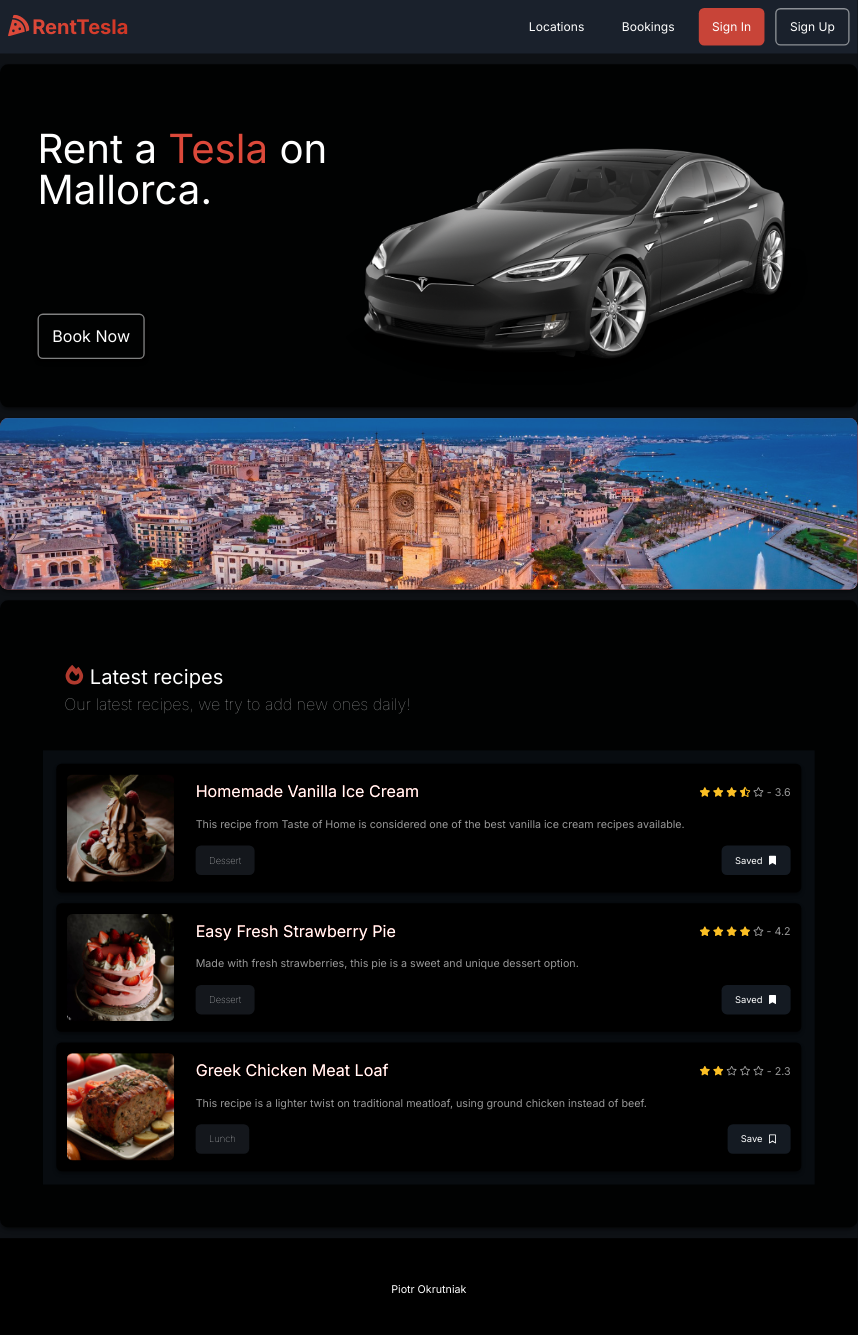
Repository: piotrokrutniak/RentallApp.UI
Page: /
The author's editor kept a copy of each file at every save. The page is drawn from the files as they stood at one save, then again after the next save.
The browser window is 1280 px wide. The pictures show the whole page, at 67% of full size.
The project was rebuilt for these pictures with package versions that can differ from the ones it lists, and the page was loaded fresh each time. The framework's server and built-in components were replaced by stand-ins that run in the browser. Also part of the build but not shown: next.config.js.

Above is the page before, as saved 2023-10-05 21:11:07.

### src/app/layout.tsx
import './globals.css'
import type { Metadata } from 'next'
import { Inter } from 'next/font/google'
import NavBar from './components/navbar/navbar'
import Footbar from './components/footbar/footbar'

const inter = Inter({ subsets: ['latin'] })

export const metadata: Metadata = {
  title: 'Recipefy',
  description: 'Website with the tastiest recipes!',
}

export default function RootLayout({
  children,
}: {
  children: React.ReactNode
}) {
  return (
    <html lang="en">
      <body className={`${inter.className} bg-black`}>
        <div className="bg-slate-600/20 min-h-screen pb-4">
        <NavBar/>
        {children}
        </div>
        <Footbar/>
      </body>
    </html>
  )
}

### src/app/page.tsx
import Image, { StaticImageData } from 'next/image'
import { FaMugHot, FaCookieBite, FaHamburger, FaFireAlt, FaBookmark, FaRegBookmark } from 'react-icons/fa'
import CookingSvg from './components/svgComponents/CookingSvg'
import Rating from './components/generic/rating'
import Button from './components/generic/button'
import tesla from '../../public/media/tesla-mirrored.png'
import lunch from '../../public/media/mallorca-view.jpg'
import dessert from '../../public/media/dessert.jpg'
import strawberryCake from '../../public/media/recipes/strawberryCake.jpg'
import greekMeatLoaf from '../../public/media/recipes/greekMeatLoaf.jpg'
import vanillaIceCream from '../../public/media/recipes/vanillaIceCream.jpg'
import { useState } from 'react'
import { RecipeListing } from './components/generic/recipeListing'
import { Input } from 'postcss'
import SearchBar from './components/generic/searchBar'

export default function Home() {
  return (
    <main className="flex flex-col m-auto gap-4">
      <section id="header-section" className='max-w-7xl bg-black/90 m-auto w-full px-14 py-8 rounded-xl mt-4 shadow-md shadow-black/40'>
        <div className="sm:p-8 pb-14 flex justify-between">

        </div>
        <div className='w-full flex justify-between'>
          <div className="flex flex-col gap-10 justify-between pb-10 text-white">
          <h1 className="text-5xl md:text-6xl"> Rent a <span className="text-vermilion-400">Tesla</span> on Mallorca. </h1>
          <Button className="w-fit py-4 rounded-lg shadow-md shadow-black hover:bg-vermilion-500 bg-transparent capitalize border-white/50 hover:border-vermilion-500 border-2 text-2xl">
            Book Now
          </Button>
          </div>
          <div className="relative w-full h-96 left-0 flex gap-10 pt-3 overflow-x-auto m-auto justify-around select-none pb-10">
              <Image src={tesla} layout="fill" objectFit="contain" alt="Breakfast Photo" className="h-96 group-hover:opacity-50"/>
          </div>
        </div>
      </section>

      <section id="searchbar-section" className='overflow-clip max-w-7xl relative bg-red-400/80 px-7 h-64 m-auto w-full  p-8 sm:px-16 rounded-xl shadow-md shadow-black/40 flex-col'>
        <Image src={lunch} layout="fill" objectFit="cover" alt="Breakfast Photo" className="w-full opacity-90 group-hover:opacity-50"/>
      </section>

      <section id="top-picks-section" className='max-w-7xl bg-black/90 m-auto w-full sm:p-8 rounded-xl shadow-md shadow-black/40 flex-col'>
        <div className="lg:p-8 pb-14 flex flex-col gap-5">
          <div className="p-8">
            <h1 className="text-3xl text-white flex gap-2 pb-2" > <FaFireAlt className="opacity-80 fill-vermilion-400"/> Latest recipes</h1>
            <p className="text-2xl font-thin text-white/60 flex gap-2" > Our latest recipes, we try to add new ones daily!</p>
          </div>
          <div className="w-full h-fit p-5 bg-slate-800/25 flex flex-col gap-4">
            <RecipeListing title="Homemade Vanilla Ice Cream"
              desc="This recipe from Taste of Home is considered one of the best vanilla ice cream recipes available."
              image={vanillaIceCream}
              rating={3.6}
              saved={true}
              tags={["Dessert"]}/>
            <RecipeListing title="Easy Fresh Strawberry Pie"
              desc="Made with fresh strawberries, this pie is a sweet and unique dessert option."
              image={strawberryCake}
              rating={4.2}
              saved={true}
              tags={["Dessert"]}/>
            <RecipeListing title="Greek Chicken Meat Loaf"
              desc="This recipe is a lighter twist on traditional meatloaf, using ground chicken instead of beef."
              image={greekMeatLoaf}
              rating={2.3}
              saved={false}
              tags={["Lunch"]}/>
          </div>
        </div>
      </section>
    </main>
  )
}

### src/app/globals.css
@tailwind base;
@tailwind components;
@tailwind utilities;

:root {}

@media (prefers-color-scheme: dark) {
  :root {}
}

body {}

### src/app/components/navbar/navbar.tsx
"use client"

import { FaPizzaSlice, FaBars } from "react-icons/fa"
import { BsX } from "react-icons/bs"
import Button from "../generic/button"
import { useState } from "react"
import Link from "next/link"


export default function NavBar(){
    const [showMobile, setShowMobile] = useState(false)

    return(
        <div className="bg-black/80 sticky top-0 z-20 backdrop-blur-xl">
            <div className="w-full flex bg-slate-700/50 ">
                <div className="p-3 m-auto w-full flex max-w-7xl justify-between items-center">
                    <Link href="/">
                    <div className="flex gap-1 h-fit select-none cursor-pointer active:opacity-80 hover:border-b-2 hover:pb-1 active:pb-0
                            border-opacity-0 border-vermilion-400 hover:border-opacity-100 border-b-0 transition-all">
                        <FaPizzaSlice className="h-full w-8 fill-vermilion-400"/>
                        <h1 className="text-3xl font-bold text-transparent bg-clip-text bg-gradient-to-r from-vermilion-400 to-vermilion-500">RentTesla</h1>
                    </div>
                    </Link>
                    <div className="hidden text-lg gap-4 md:flex">
                        <Button className="text-white bg-transparent active:bg-slate-100/5 hover:bg-slate-100/5 shadow-black/40 hover:shadow-md"
                            onClick={undefined}>
                            Locations
                        </Button>
                        <Button className="text-white bg-transparent active:bg-slate-100/5 hover:bg-slate-100/5 shadow-black/40 hover:shadow-md"
                            onClick={undefined}>
                            Bookings
                        </Button>
                        <Button className="text-white bg-vermilion-400 shadow-black/40 hover:shadow-md"
                            onClick={undefined}>
                            Sign In
                        </Button>
                        <Button className="text-white bg-transparent capitalize border-2 border-white/50 hover:border-vermilion-400 hover:text-vermilion-400
                            active:opacity-80 shadow-black/40 hover:shadow-md"
                            onClick={undefined}>
                            Sign Up
                        </Button>
                    </div>
                    <div className="md:hidden">
                        <FaBars className="h-10 w-10 fill-white cursor-pointer hover:fill-vermilion-400 active:opacity-80" onClick={() => setShowMobile(true)}/>
                    </div>
                    <div className={`${showMobile ? "" : "translate-x-full"} absolute w-screen h-screen bg-black left-0 top-0 md:hidden transition-all z-50 ease-in-out`}>
                    <div id="mobile-header" className="flex flex-row-reverse w-full">
                        <BsX className="fill-white w-16 h-16 cursor-pointer hover:fill-vermilion-400" onClick={() => setShowMobile(false)}/>
                    </div>
                    <div id="mobile-body">XDDDDDDDDDDDDDDDDD</div>
                    </div>
                </div>
            </div>
        </div>
    )
}

### src/app/components/footbar/footbar.tsx
export default function Footbar(){
    return(
        <div className="w-full h-20 bg-black mt-16 text-center text-white">
            Piotr Okrutniak
        </div>
    )
}

### src/app/components/generic/button.tsx
import { MouseEventHandler } from "react";

export default function Button({ children, className, onClick, disabled } : { children: React.ReactNode, className: string, onClick: undefined | MouseEventHandler<HTMLButtonElement>, disabled?: boolean }){
    return(
        <button className={`${className} px-5 py-3 rounded-lg bg-blue-500 bg-opacity-90 active:bg-opacity-80 hover:bg-opacity-100 cursor-pointer transition-all flex items-center gap-2 place-items-center`}
            onClick={onClick}
            disabled={disabled}>
            {children}
        </button>
    )
}

### src/app/components/generic/recipeListing.tsx
"use client";
import Image, { StaticImageData } from "next/image"
import Rating from "./rating"
import Button from "./button"
import { FaMugHot, FaCookieBite, FaHamburger, FaFireAlt, FaBookmark, FaRegBookmark } from 'react-icons/fa'
import { useState } from "react"

export function RecipeListing({rating = 0, title, desc, tags, image, saved,}:
    {rating: number | undefined, title: string | undefined, desc: string | undefined, tags: string[], image: StaticImageData | string, saved: boolean }){
      const [isSaved, setSaved] = useState(saved)

      return(
        <div className="w-full p-4 md:h-48 bg-black hover:bg-slate-500/20 rounded-lg shadow-md shadow-black/40 flex flex-col md:flex-row md:justify-between gap-8 items-center text-white group">
          <div className='h-64 w-full md:w-40 md:h-40 shrink-0 rounded-lg overflow-hidden relative cursor-pointer'>
            <Image src={image} layout="fill" objectFit="cover" alt="Breakfast Photo"/>
          </div>
          <div className="h-fit w-full items-center">
            <div className="flex justify-between items-center">
              <h1 className="text-2xl cursor-pointer bg-clip-text hover:text-transparent bg-gradient-to-r from-vermilion-500 to-vermilion-400">{title ?? "Recipe Name"}</h1>
              <Rating rating={rating}/>
            </div>
            <div className="flex justify-between items-center pt-5">
              <p className="text-white/60">{desc ?? "Description"}</p>
            </div>
            <div className="flex justify-between items-center pt-5">
              {tags.map(x => <Button className="bg-slate-500/20 hover:bg-slate-500/40 text-sm font-thin py-1" onClick={undefined}>{x}</Button>)}
              <Button className="bg-slate-700/40 hover:bg-vermilion-500/90 active:opacity-80 text-sm font-normal py-1 transition-all flex items-center gap-2"
                onClick={() => setSaved(x => !x)}>
                {isSaved ? <>Saved <FaBookmark/></> : <>Save <FaRegBookmark/></>}
                </Button>
            </div>
          </div>
        </div>
      )
  }

### src/app/components/generic/rating.tsx
import { FaStar, FaStarHalf, FaStarHalfAlt, FaRegStar} from 'react-icons/fa'
import { IconType } from 'react-icons'

export default function Rating({rating = 0,}: {rating: number | undefined | void}){
    const defaultRating: boolean[] = [false, false, false, false, false]

    const initRating: number = rating

    const ratings: React.JSX.Element[] = []

    for(let i: number = 0; i < 5; i++){
        rating >= 1 ?  ratings.push(<Star filled={true}/>) : ratings.push(rating >= 0.5 ? <HalfStar/> : <Star filled={false}/>)
        rating -= 1;
    }



    return(
        <div className="flex gap-1 items-center shrink-0 text-white/60">
            {ratings} - {initRating}
        </div>
    )
}

function Star({filled = false,}: {filled: boolean}){
    return filled ? <FaStar className="fill-amber-400"/> : <FaRegStar/>
}

function HalfStar(){
    return <FaStarHalfAlt className="fill-amber-400"/>
}

### tailwind.config.js
/** @type {import('tailwindcss').Config} */
module.exports = {
  content: [
    './src/pages/**/*.{js,ts,jsx,tsx,mdx}',
    './src/components/**/*.{js,ts,jsx,tsx,mdx}',
    './src/app/**/*.{js,ts,jsx,tsx,mdx}',
  ],
  theme: {
    extend: {
      backgroundImage: {
        'gradient-radial': 'radial-gradient(var(--tw-gradient-stops))',
        'gradient-conic':
          'conic-gradient(from 180deg at 50% 50%, var(--tw-gradient-stops))',
      },
      height:{
        '112': '28rem',
        '128': '32rem',
      },
      width:{
        '112': '28rem',
        '128': '32rem',
      },
      colors:{
        "emerald":{
          "50": "#b0fde8",
          "100": "#60FBD2",
          "200": "#24F9C1",
          "400": "#06EFB1",
          "500": "#06d6a0",
        },
        "paygray":{
          "50": "#CED9DE",
          "100": "#aabcc5",
          "200": "#7996A4",
          "400": "#638292",
          "500": "#5A7684",
        },
        "vermilion":{
          "50": "#f0afa8",
          "100": "#ea8f85",
          "200": "#E06052",
          "400": "#dc493a",
          "500": "#d03625",
        },

      },
      minWidth:{
        'mobile': '360px',
        '54': '258px',
      },
      screens:{
        'xs': '580px',
        '850': '850px',
      },
    },
  },
  plugins: [],
}

After the next save:
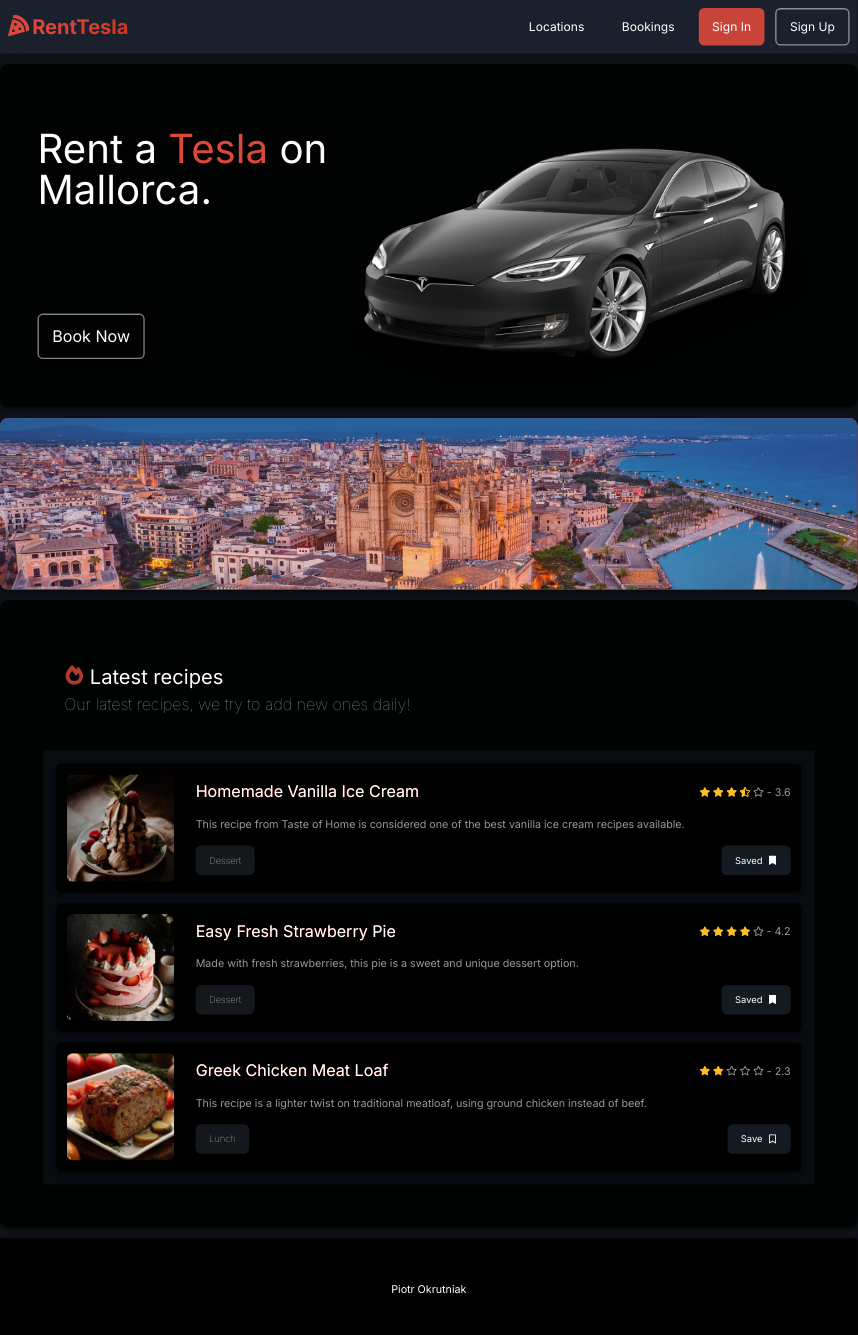
Saved 7 s later.
--- a/src/app/page.tsx
+++ b/src/app/page.tsx
@@ -35,7 +35,7 @@
       </section>
 
       <section id="searchbar-section" className='overflow-clip max-w-7xl relative bg-red-400/80 px-7 h-64 m-auto w-full  p-8 sm:px-16 rounded-xl shadow-md shadow-black/40 flex-col'>
-        <Image src={lunch} layout="fill" objectFit="cover" alt="Breakfast Photo" className="w-full opacity-90 group-hover:opacity-50"/>
+        <Image src={lunch} layout="fill" objectFit="cover" alt="Breakfast Photo" className="w-full opacity-80 group-hover:opacity-50"/>
       </section>
 
       <section id="top-picks-section" className='max-w-7xl bg-black/90 m-auto w-full sm:p-8 rounded-xl shadow-md shadow-black/40 flex-col'>
